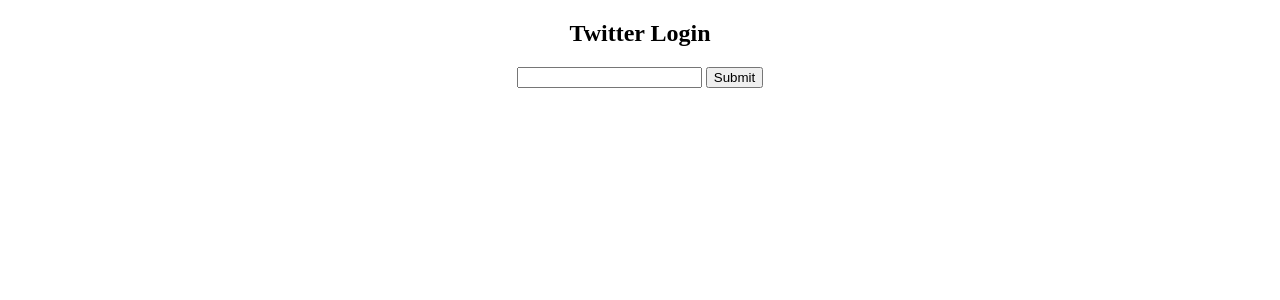
Repository: donggeonoh/My_Source
Page: http://localhost/WebProgramming/ch06/twitter_login.jsp
The author's editor kept a copy of each file at every save. The page is drawn from the files as they stood at one save, then again after the next save.
The browser window is 1280 px wide. The pictures show the whole page.
The page is served by Tomcat 9. Other server files are loaded and not shown.

Above is the page before, as saved 2016-10-20 11:11:47.

### JSP-Web Source/WebProgramming/WebContent/ch06/twitter_login.jsp
<%@ page language="java" contentType="text/html; charset=UTF-8"
    pageEncoding="UTF-8"%>
<!DOCTYPE html PUBLIC "-//W3C//DTD HTML 4.01 Transitional//EN" "http://www.w3.org/TR/html4/loose.dtd">
<html>
<head>
<meta http-equiv="Content-Type" content="text/html; charset=UTF-8">
<title>Login</title>
</head>
<body>
	<div align = "center">
		<h2>Twitter Login</h2>
		<form name = "form1" method = "post" action = "twitter_list.jsp">
			<input type = "text" name = "username"/>
			<input type = "submit" name = "로그인"/>
		</form>
	</div>
</body>
</html>

After the next save:
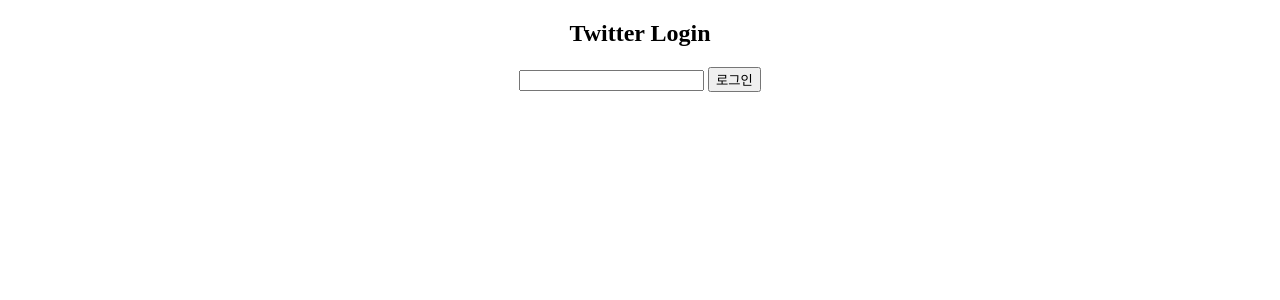
Saved 34 s later.
--- a/JSP-Web Source/WebProgramming/WebContent/ch06/twitter_login.jsp
+++ b/JSP-Web Source/WebProgramming/WebContent/ch06/twitter_login.jsp
@@ -11,7 +11,7 @@
 		<h2>Twitter Login</h2>
 		<form name = "form1" method = "post" action = "twitter_list.jsp">
 			<input type = "text" name = "username"/>
-			<input type = "submit" name = "로그인"/>
+			<input type = "submit" value = "로그인"/>
 		</form>
 	</div>
 </body>
